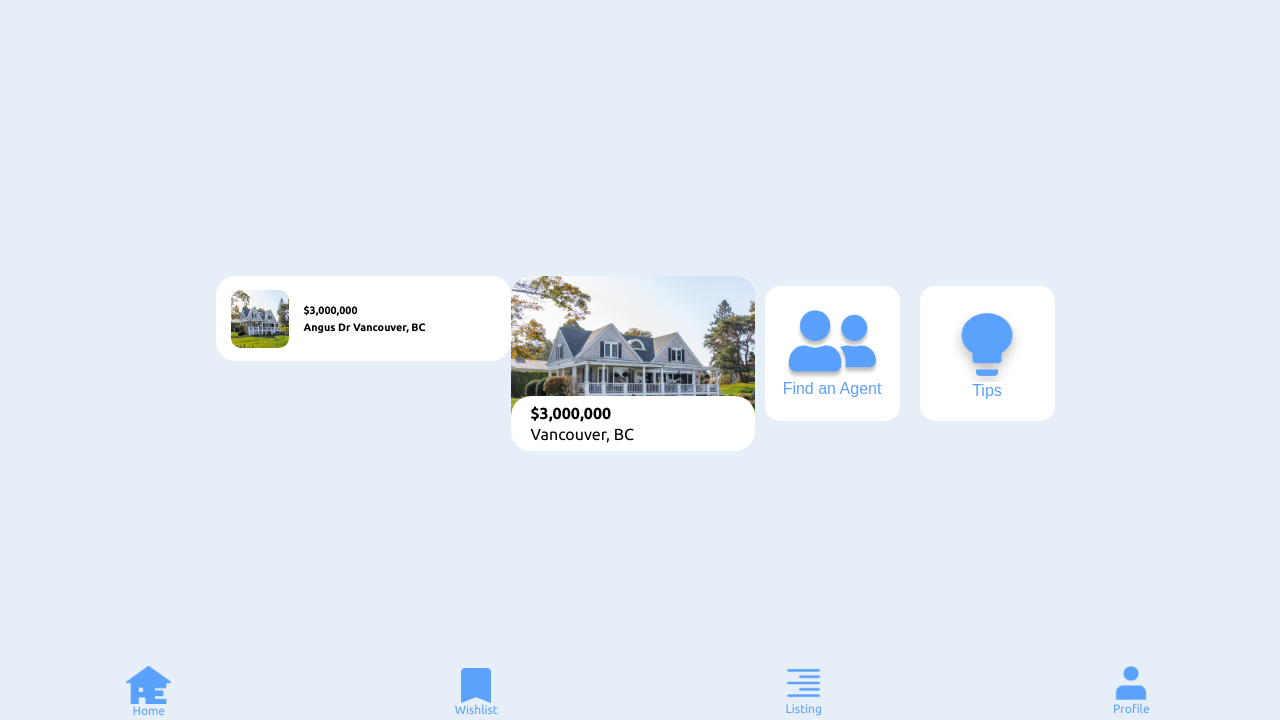
Repository: msyukurrr/realeasy
Page: /
An editor plug-in stored every save of this project. The page is shown before and after the next save, followed by the edit.
The browser window is 1280 px wide. The pictures show the whole page.
The project was rebuilt for these pictures with package versions that can differ from the ones it lists, and the page was loaded fresh each time. The framework's server and built-in components were replaced by stand-ins that run in the browser. Also part of the build but not shown: next.config.js, components/CatButton.js.

Above is the page before, as saved 2023-01-27 19:48:25.

After the next save:
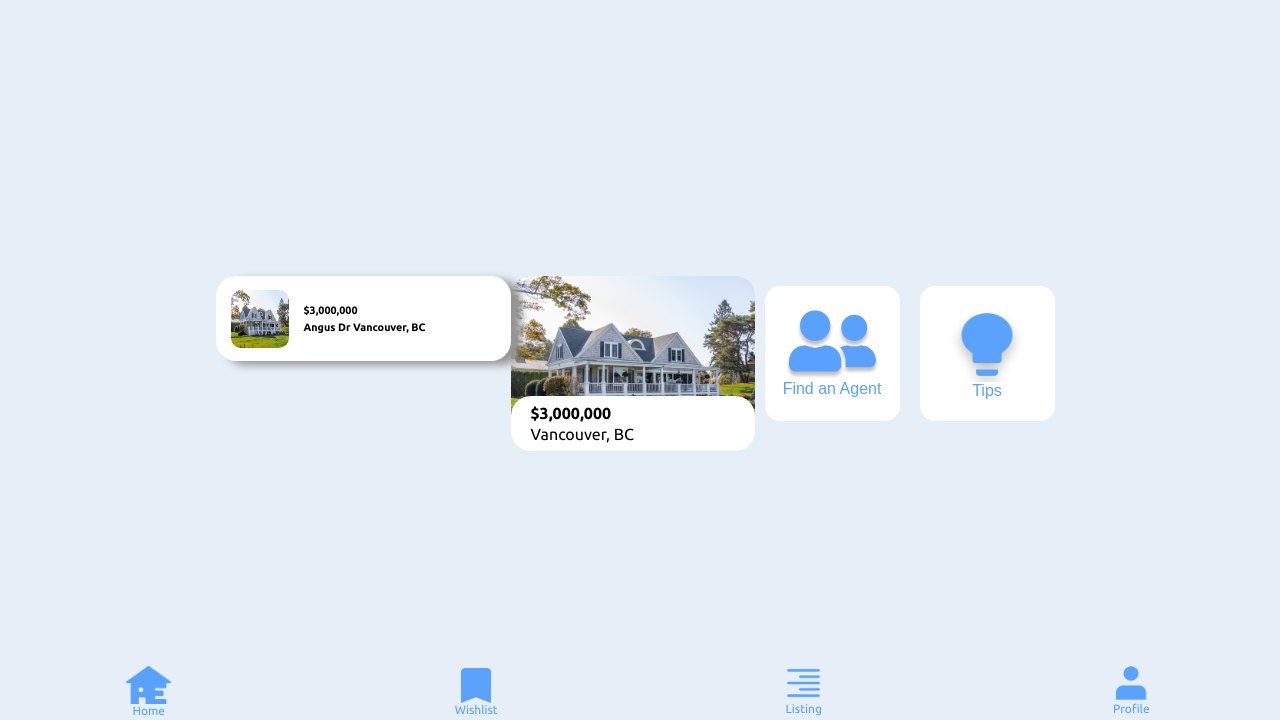
Saved 112 s later.
--- a/components/FavCard.js
+++ b/components/FavCard.js
@@ -9,6 +9,7 @@ const CardCont = styled.div`
     border-radius:20px;
     align-items:center;
     color:black;
+    filter: drop-shadow(10px 4px 4px #949494)
 
 `;
 
